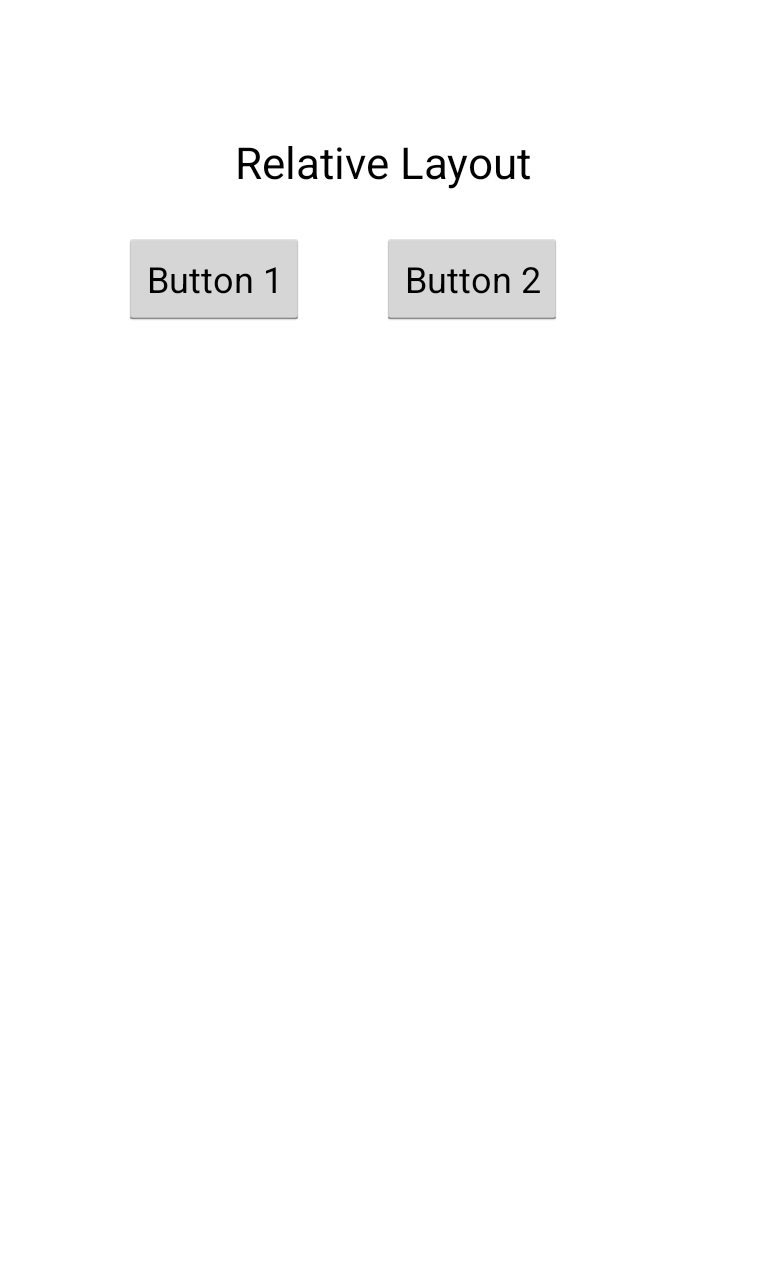
Repository: MadhuHS/JECM3
Layout: Layouts/res/layout/activity_main.xml
These files come from the project's save history. The layout is drawn as it stood at one moment and after the next save; the edit follows.
It is drawn on a 768 x 1280 px phone screen (xhdpi) without system bars, with theme AppTheme; the app's code is not run.

Above is the layout before, as saved 2015-11-25 03:38:18.

After the next save:
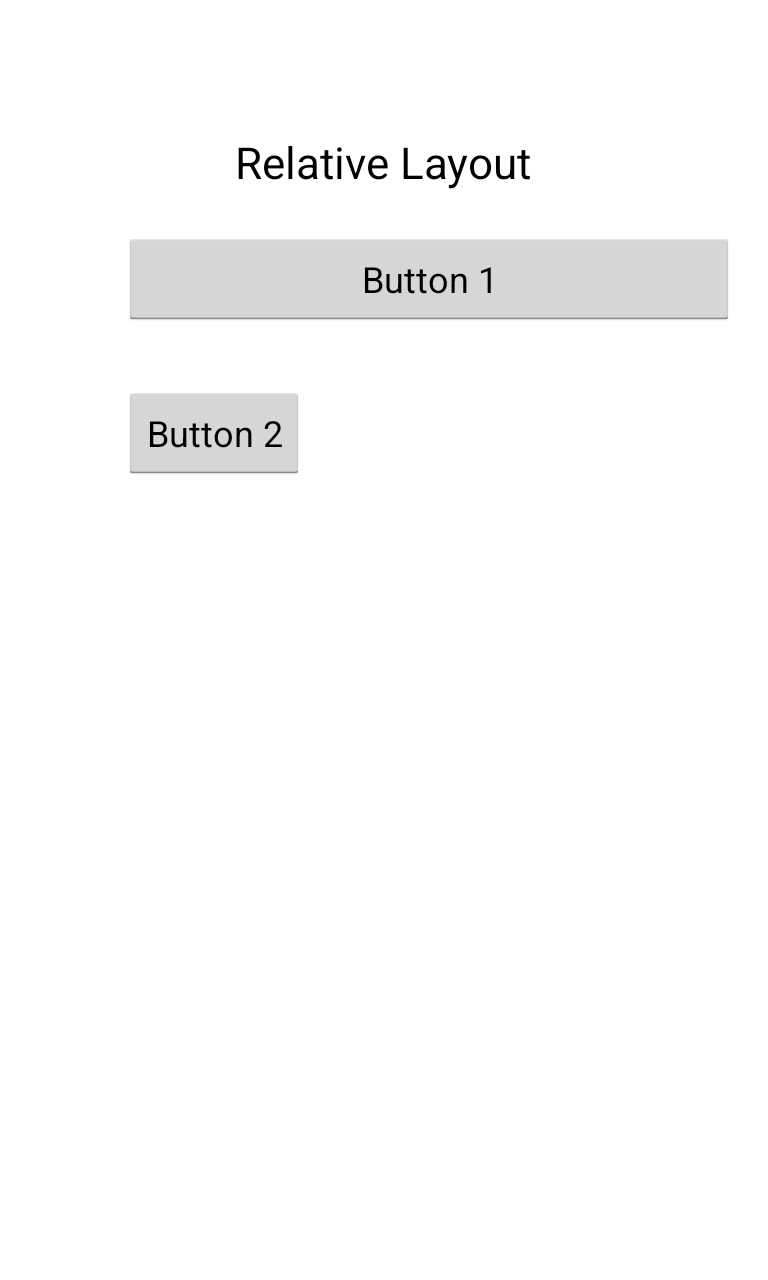
Saved 2 min 1 s later.
--- a/Layouts/res/layout/activity_main.xml
+++ b/Layouts/res/layout/activity_main.xml
@@ -20,7 +20,7 @@
 
     <Button
         android:id="@+id/button1"
-        android:layout_width="wrap_content"
+        android:layout_width="match_parent"
         android:layout_height="wrap_content"
         android:layout_alignParentLeft="true"
         android:layout_below="@+id/textView1"
@@ -32,10 +32,9 @@
         android:id="@+id/button2"
         android:layout_width="wrap_content"
         android:layout_height="wrap_content"
-        android:layout_alignBaseline="@+id/button1"
-        android:layout_alignBottom="@+id/button1"
-        android:layout_marginLeft="37dp"
-        android:layout_toRightOf="@+id/button1"
+        android:layout_alignLeft="@+id/button1"
+        android:layout_below="@+id/button1"
+        android:layout_marginTop="29dp"
         android:text="Button 2" />
 
 </RelativeLayout>
